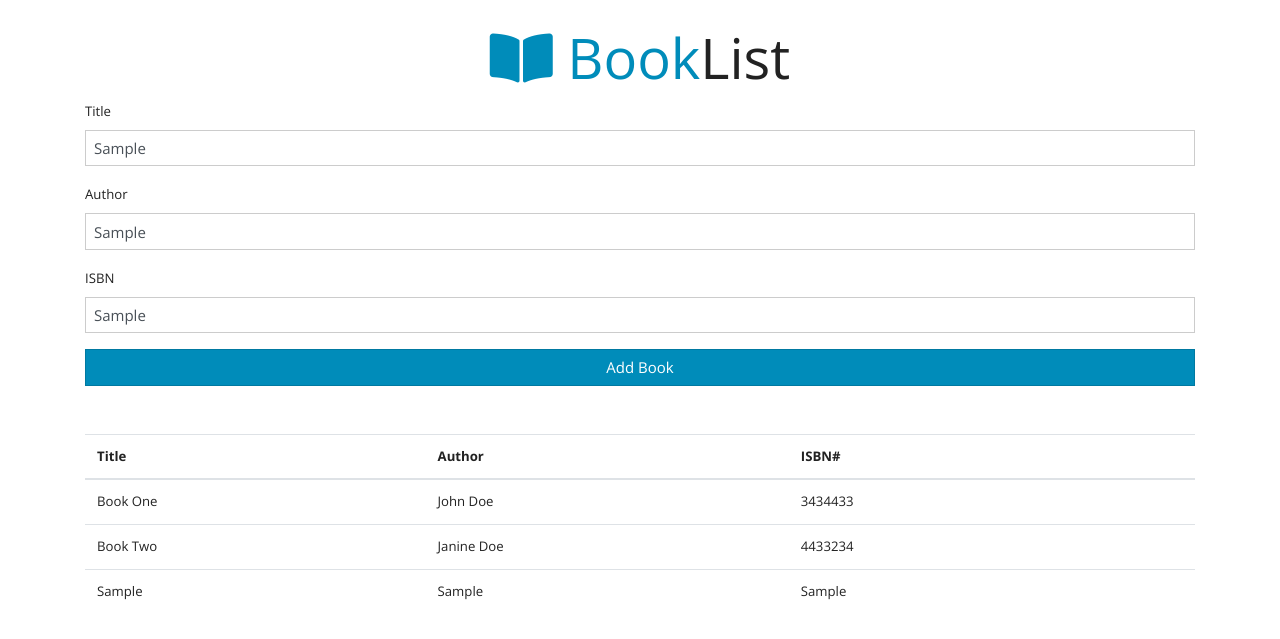
Repository: carrascomcesar/JSBOOKLIST
Page: index.html
These files come from the project's save history. The page is drawn as it stood at one moment and after a run of saves; the edit follows.
The browser window is 1280 px wide. The pictures show the whole page.
Empty fields were first filled with sample values (such as "Sample", 5 or name@example.com).
After loading, the first visible `#book-form` was submitted once.
Some web libraries are served in a nearby version.

Above is the page before, as saved 2021-02-01 11:09:48.
Console error: TypeError: Cannot set properties of null (setting 'value')

After the next 4 saves:
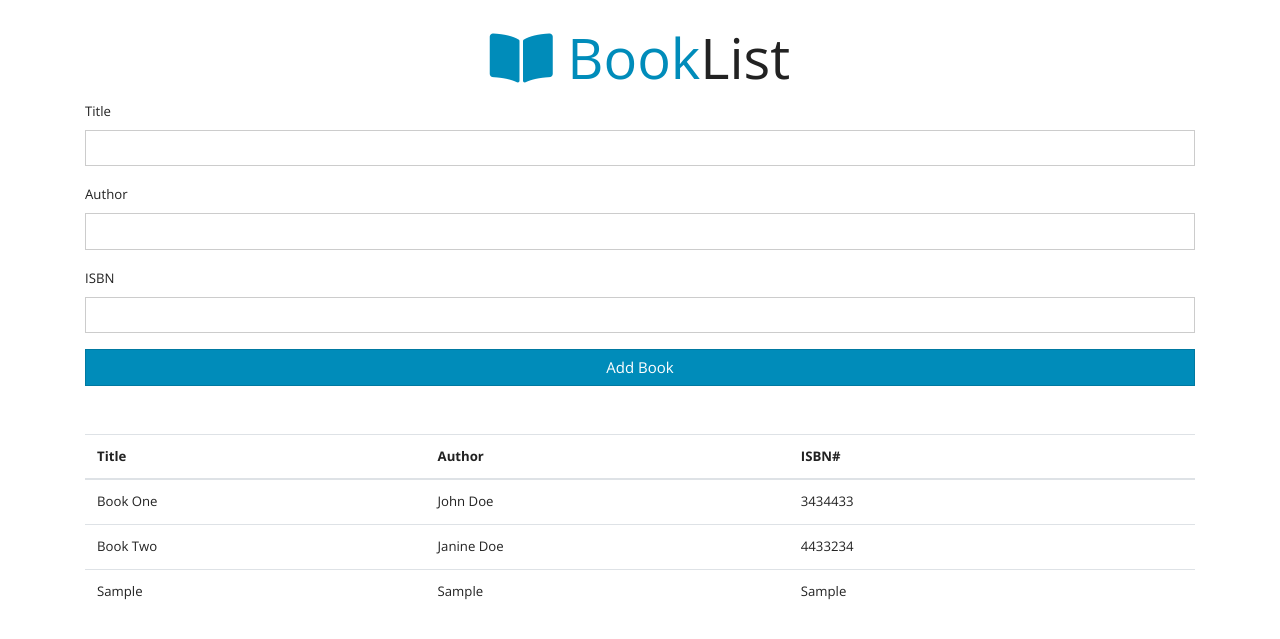
The error is gone.
The 4 saves are shown as one change because they came seconds apart.
The last was saved 7 s later.
--- a/app.js
+++ b/app.js
@@ -37,14 +37,13 @@ class UI {
             <td>${book.isbn}</td>
             <td><a href="#" class="btn btn-danger btn-sm delete>X</a></td>
         `;
-      list.appendChild(row);
+    list.appendChild(row);
   }
-    static ClearFields() {
-        document.querySelector("title").value = "";
-        document.querySelector("author").value = "";
-        document.querySelector("isbn").value = "";
-    }
-
+  static ClearFields() {
+    document.querySelector("#title").value = "";
+    document.querySelector("#author").value = "";
+    document.querySelector("#isbn").value = "";
+  }
 }
 // Store Class: Handles Local Storage
 
@@ -64,9 +63,9 @@ document.querySelector("#book-form").addEventListener("submit", (e) => {
   const book = new Book(title, author, isbn);
 
   // Add book to UI
-    UI.addBookToList(book);
+  UI.addBookToList(book);
 
-    // Clear Fields
-    UI.ClearFields();
+  // Clear Fields
+  UI.ClearFields();
 });
 // Event: Remove a Book
